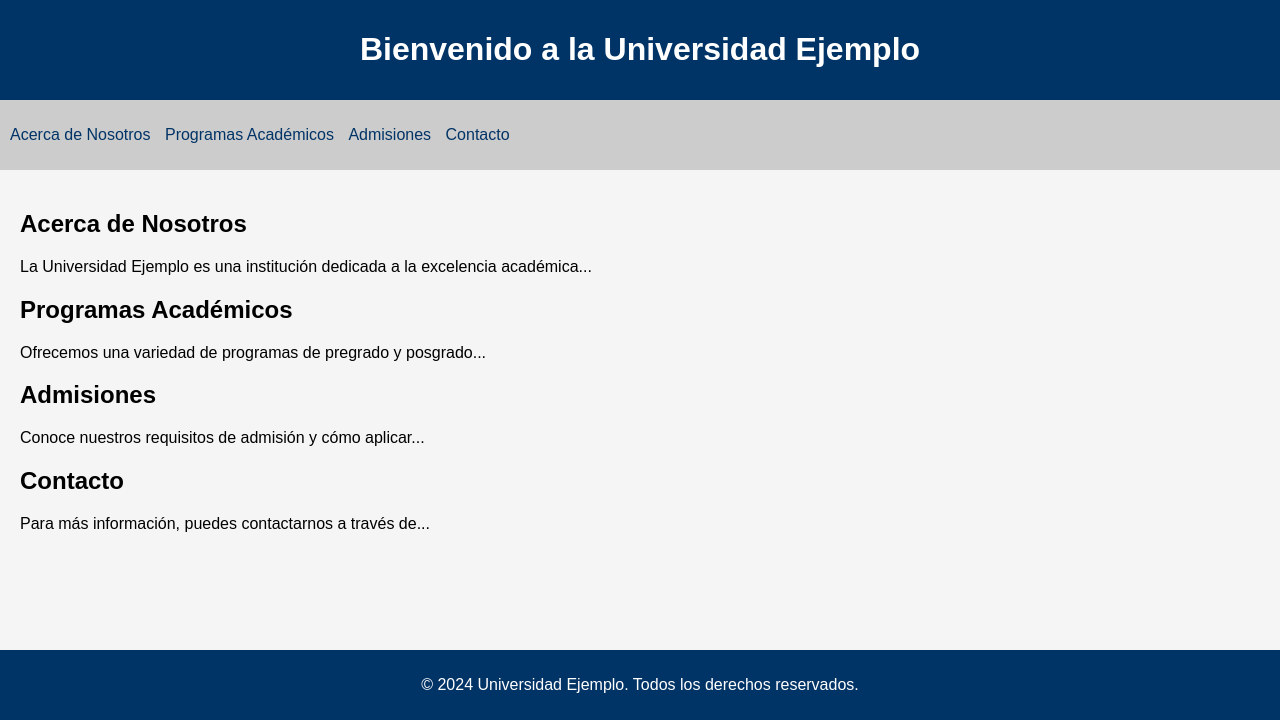
Repository: JhostinP/Desarrollo-Web-Integrado
Page: http://localhost/ProyectoJakartaServlet1/home
An editor plug-in stored every save of this project. The page is shown before and after the next save, followed by the edit.
The browser window is 1280 px wide. The pictures show the whole page.
The page is served by Tomcat 10.

Above is the page before, as saved 2024-07-14 20:16:45.

### TrabajoFinalWeb/ProyectoJakartaServlet1/src/main/webapp/WEB-INF/views/home.jsp
<!DOCTYPE html>
<html lang="en">
<head>
    <meta charset="UTF-8">
    <meta name="viewport" content="width=device-width, initial-scale=1.0">
    <title>Universidad Ejemplo - Página de Inicio</title>
    <link rel="stylesheet" href="css/styles.css">
</head>
<body>
    <header>
        <h1>Bienvenido a la Universidad Ejemplo</h1>
    </header>
    <nav>
        <ul>
            <li><a href="#about">Acerca de Nosotros</a></li>
            <li><a href="#programs">Programas Académicos</a></li>
            <li><a href="#admissions">Admisiones</a></li>
            <li><a href="#contact">Contacto</a></li>
        </ul>
    </nav>
    <main>
        <section id="about">
            <h2>Acerca de Nosotros</h2>
            <p>La Universidad Ejemplo es una institución dedicada a la excelencia académica...</p>
        </section>
        <section id="programs">
            <h2>Programas Académicos</h2>
            <p>Ofrecemos una variedad de programas de pregrado y posgrado...</p>
        </section>
        <section id="admissions">
            <h2>Admisiones</h2>
            <p>Conoce nuestros requisitos de admisión y cómo aplicar...</p>
        </section>
        <section id="contact">
            <h2>Contacto</h2>
            <p>Para más información, puedes contactarnos a través de...</p>
        </section>
    </main>
    <footer>
        <p>&copy; 2024 Universidad Ejemplo. Todos los derechos reservados.</p>
    </footer>
</body>
</html>

### TrabajoFinalWeb/ProyectoJakartaServlet1/src/main/java/com/university/HomeServlet.java
package com.university;

import jakarta.servlet.ServletException;
import jakarta.servlet.annotation.WebServlet;
import jakarta.servlet.http.HttpServlet;
import jakarta.servlet.http.HttpServletRequest;
import jakarta.servlet.http.HttpServletResponse;
import java.io.IOException;


@WebServlet("/home")
public class HomeServlet extends HttpServlet {
    private static final long serialVersionUID = 1L;

    protected void doGet(HttpServletRequest request, HttpServletResponse response) throws ServletException, IOException {
        request.getRequestDispatcher("/WEB-INF/views/home.jsp").forward(request, response);
    }
}

### TrabajoFinalWeb/ProyectoJakartaServlet1/src/main/webapp/css/styles.css
body {
    font-family: Arial, sans-serif;
    margin: 0;
    padding: 0;
    background-color: #f5f5f5;
}

header {
    background-color: #003366;
    color: white;
    padding: 10px 0;
    text-align: center;
}

nav {
    background-color: #cccccc;
    padding: 10px;
}

nav ul {
    list-style-type: none;
    padding: 0;
}

nav ul li {
    display: inline;
    margin-right: 10px;
}

nav ul li a {
    text-decoration: none;
    color: #003366;
}

main {
    padding: 20px;
}

footer {
    background-color: #003366;
    color: white;
    text-align: center;
    padding: 10px 0;
    position: fixed;
    width: 100%;
    bottom: 0;
}

After the next save:
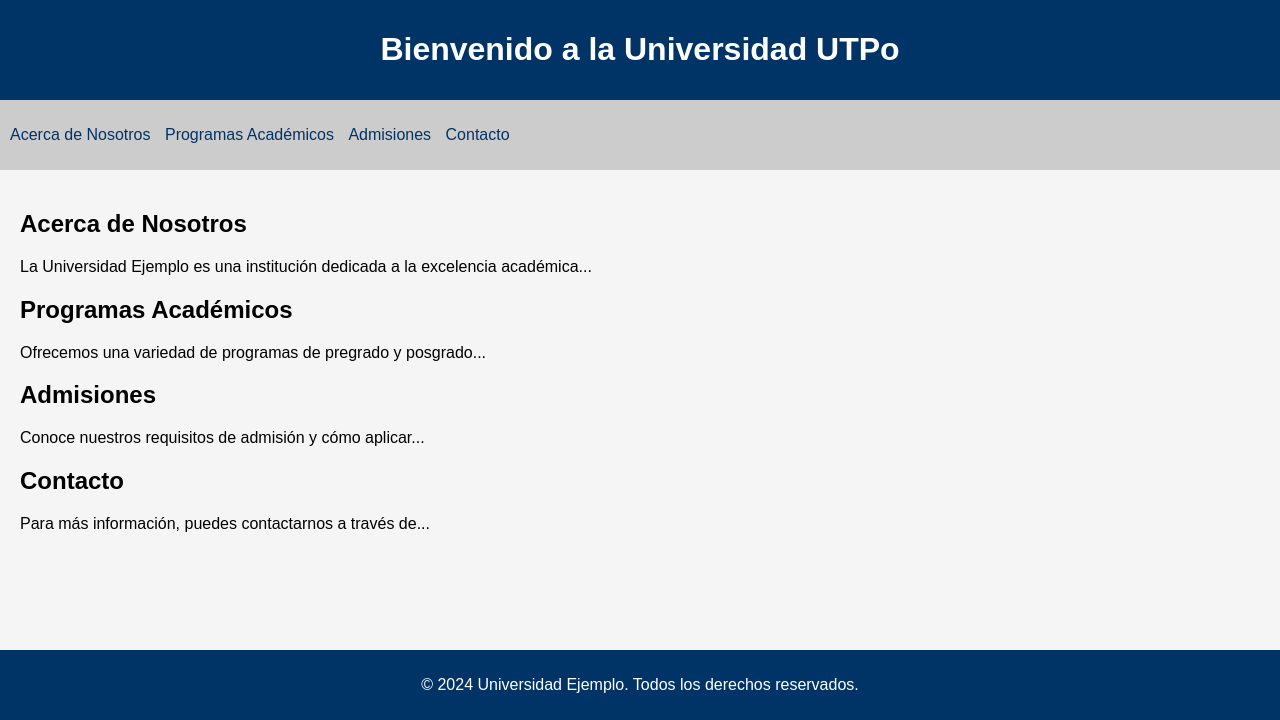
Saved 17 min 49 s later.
--- a/TrabajoFinalWeb/ProyectoJakartaServlet1/src/main/webapp/WEB-INF/views/home.jsp
+++ b/TrabajoFinalWeb/ProyectoJakartaServlet1/src/main/webapp/WEB-INF/views/home.jsp
@@ -8,7 +8,7 @@
 </head>
 <body>
     <header>
-        <h1>Bienvenido a la Universidad Ejemplo</h1>
+        <h1>Bienvenido a la Universidad UTPo</h1>
     </header>
     <nav>
         <ul>
